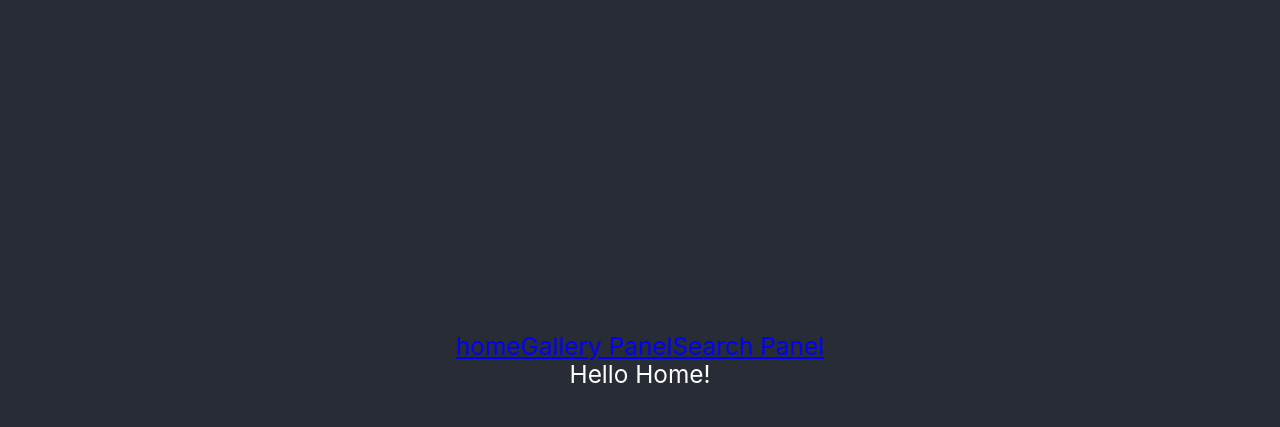
Repository: ZhengyuLi0929/ArtMuseum_ArtIC
Page: /
The author's editor kept a copy of each file at every save. The page is drawn from the files as they stood at one save, then again after the next save.
The browser window is 1280 px wide. The pictures show the whole page.
The project was rebuilt for these pictures with package versions that can differ from the ones it lists, and the page was loaded fresh each time. Also part of the build but not shown: src/gallery.tsx, src/list.tsx, src/details.tsx.

Above is the page before, as saved 2023-01-11 07:45:48.

After the next save:
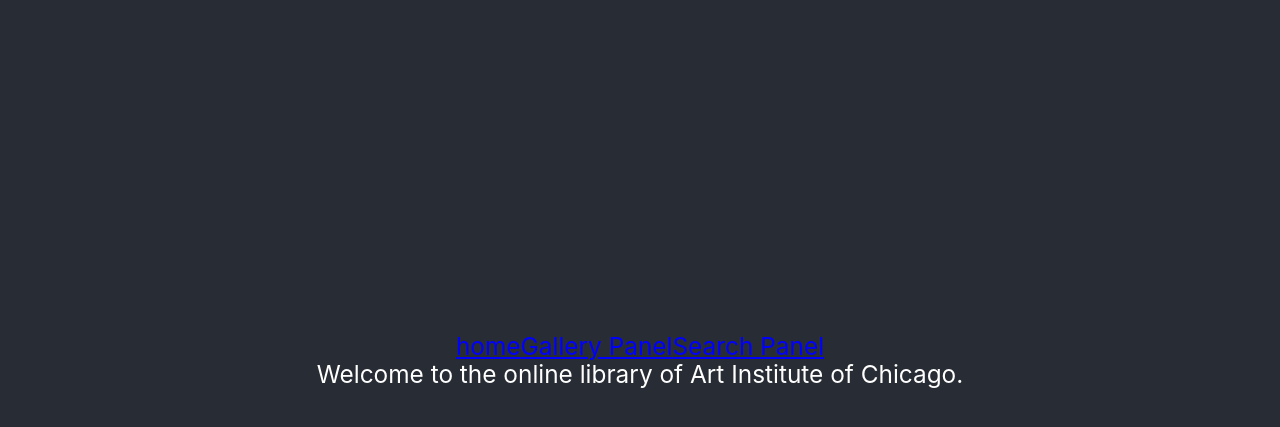
Saved 51 s later.
--- a/src/home.tsx
+++ b/src/home.tsx
@@ -1,5 +1,5 @@
 export default function HomeView(){
     return(
-        <div>Hello Home!</div>
+        <div>Welcome to the online library of Art Institute of Chicago.</div>
     )
 }
